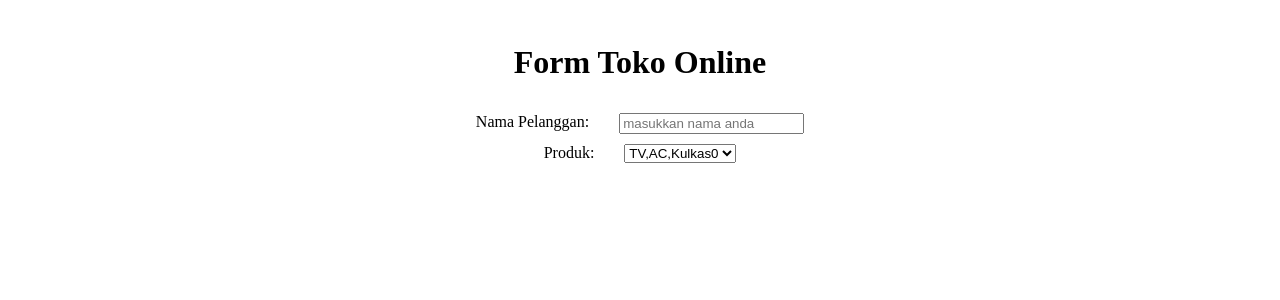
Repository: AHSANS354/Tugas-MSIB-5-GitHub
Page: tugasper4js.html
An editor plug-in stored every save of this project. The page is shown before and after the next save, followed by the edit.
The browser window is 1280 px wide. The pictures show the whole page.

Above is the page before, as saved 2023-09-11 14:40:40.

### tugasper4js.html
<!DOCTYPE html>
<html lang="en">
  <head>
    <meta charset="UTF-8" />
    <meta name="viewport" content="width=device-width, initial-scale=1.0" />
    <title>Tugas Pertemuan ke-4</title>
    <style>
      .container {
        padding: 10px;
        text-align: center;
      }
      .row {
        display: flex;
        justify-content: center;
        align-items: center;
        flex-direction: column;
      }
      .col {
        display: flex;
        gap: 30px;
        padding: 5px;
      }
    </style>
  </head>
  <body>
    <form action="" id="toko">
      <div class="container">
        <div class="row">
          <div class="col">
            <h1>Form Toko Online</h1>
          </div>
        </div>
        <div class="row">
          <div class="col">
            <label for="">Nama Pelanggan: </label>
            <input type="text" name="nama" placeholder="masukkan nama anda" />
          </div>
          <div class="col">
            <label for="">Produk: </label>
            <select name="produk">
              <option value="" id="produk">Pilih Produk</option>
            </select>
          </div>
        </div>
      </div>
    </form>
    <script src="main.js"></script>
  </body>
</html>

### main.js
let produk = ["TV", "AC", "Kulkas"];

for (var i = 0; i < produk.length; i++) {
  switch (produk) {
    case "TV":
      harga = 2000000;
      break;
    case "AC":
      harga = 3000000;
      break;
    case "Kulkas":
      harga = 4000000;
      break;
    default:
      harga = 0;
      break;
  }

  document.getElementById("produk").innerHTML = produk + harga;
}

After the next save:
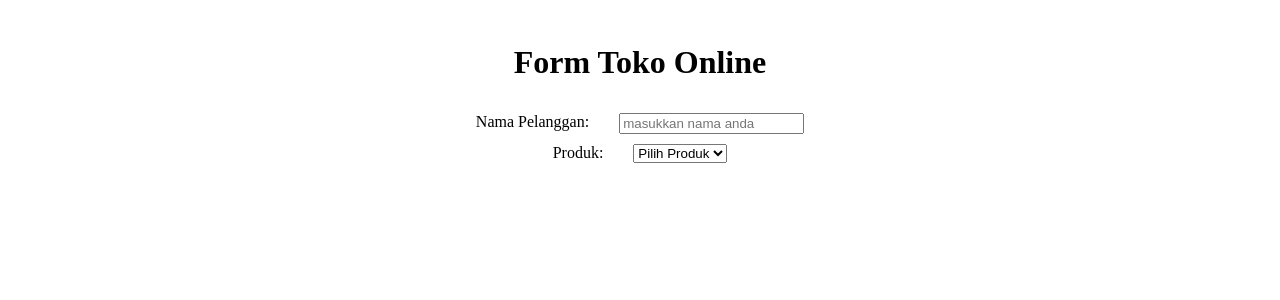
Console error: ReferenceError: Cannot access 'harga' before initialization
Saved 30 s later.
--- a/main.js
+++ b/main.js
@@ -16,5 +16,6 @@
       break;
   }
 
+  let harga = 0;
   document.getElementById("produk").innerHTML = produk + harga;
 }

After the save that followed:
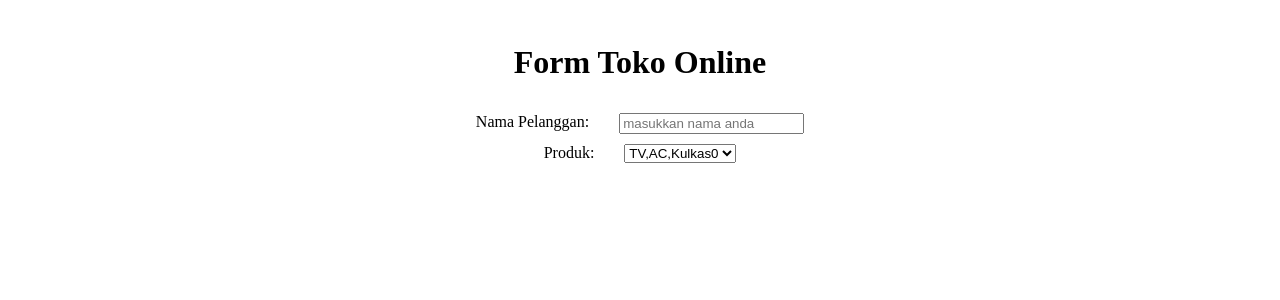
The error is gone.
Saved 31 s later.
--- a/main.js
+++ b/main.js
@@ -16,6 +16,5 @@
       break;
   }
 
-  let harga = 0;
   document.getElementById("produk").innerHTML = produk + harga;
 }
